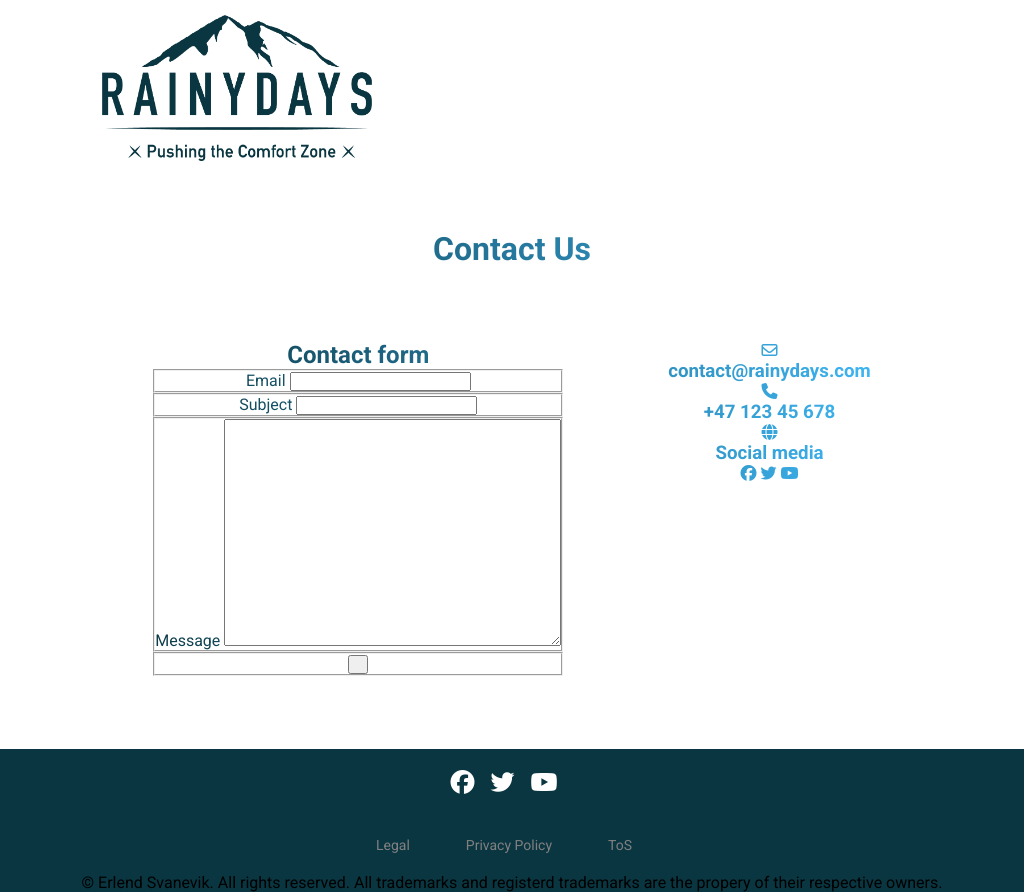
Repository: EpleWasTaken/RainyDays
Page: contact.html
These files come from the project's save history. The page is drawn as it stood at one moment and after the next save; the edit follows.
The browser window is 1024 px wide. The pictures show the whole page.
Some web libraries are served in a nearby version.

Above is the page before, as saved 2020-10-31 17:17:28.

### contact.html
<!DOCTYPE html>
<html lang="en">

<head>
  <title>Front Page</title>
  <meta charset="UTF-8">
  <meta name="viewport" content="width=device-width, initial-scale=1.0" />
  <link rel="stylesheet" href="https://fonts.googleapis.com/css2?family=Roboto:wght@400;700&display=swap" />
  <link rel="stylesheet" href="/css/styles.css" />
  <link rel="stylesheet" href="/css/footer.css" />
  <link rel="stylesheet" href="/css/contact.css" />
  <script src="https://kit.fontawesome.com/cafca22d75.js" crossorigin="anonymous"></script>
</head>

<body>
  <header>
    <div class="logo-container">
      <a href="index.html">
      <img src="./images/RainyDays_Logo.png" class="logo" alt="logo">
    </div>

    <nav>
      <ul class="nav-links">
        <li><a class="nav-link" href="index.html">Home</a></li>
        <li><a class="nav-link" href="cart.html">Cart</a></li>
        <li><a class="nav-link" href="contact.html">Contact</a></li>
        <li><a class="nav-link" href="about.html">About</a></li>
        <li><a class="nav-link" href="man.html">Man</a></li>
        <li><a class="nav-link" href="woman.html">Woman</a></li>
      </ul>
    </nav>
    <div class="search-box">
      <input class="search-txt" type="text" name="" placeholder="Type to search..." <a class="search-btn" href="#0">
      <i class="fas fa-search"></i>
      </a>
    </div>
  </header>
  <main>
    <h1>Contact Us</h1>
    <section class="contact-container">
      <section class="contact-form">
        <h2>Contact form</h2>
        <form action="submit.php" method="GET">
          <fieldset class="email">
            <label for="email">Email</label>
            <input type="email" name="email" placeholder="example@outlook.com">
          </fieldset>
          <fieldset class="subject">
            <label for="subject">Subject</label>
            <input type="subject" name="subject" placeholder="Subject">
          </fieldset>
          <fieldset class="message">
            <label for="message">Message</label>
            <textarea name="message" id="message" placeholder="Type here..." cols="40" rows="15"></textarea>
          </fieldset>
          <fieldset class="submit">
            <button class="btn-submit">TE</button>
          </fieldset>
        </form>
    </section>
    <section class="other-contacts">
      <div class="email">
        <i class="far fa-envelope"></i>
        <h3>contact@rainydays.com</h3>
      </div>
      <div class="phone">
        <i class="fas fa-phone"></i>
        <h3>+47 123 45 678</h3>
      </div>
      <div class="social-media">
        <i class="fas fa-globe"></i>
        <h3>Social media</h3>
        <div class="social-media-icons">
          <a href="#0"><i class="fab fa-facebook"></i></a>
          <a href="#0"><i class="fab fa-twitter"></i></a>
          <a href="#0"><i class="fab fa-youtube"></i></a>
        </div>
      </div>
    </section>
  </main>
  <footer class="footer">
    <div class="footer-container">
      <ul class="footer-social">
        <li>
          <a href="#0" class="facebook"><i class="fab fa-facebook"></i></a>
        </li>
        <li>
          <a href="#0" class="twitter"><i class="fab fa-twitter"></i></a>
        </li>
        <li>
          <a href="#0" class="youtube"><i class="fab fa-youtube"></i></a>
        </li>
      </ul>
    </div>
    <div class="footer-container">
      <div class="footer-legal">
        <a href="#0">Legal</a>
        <a href="#0">Privacy Policy</a>
        <a href="#0">ToS</a>
      </div>
      <div class="footer-copyright">
        &copy; Erlend Svanevik. All rights reserved. All trademarks and registerd trademarks are the propery of
        their respective owners.
      </div>
  </footer>
</body>

</html>

### css/styles.css
* {
	margin: 0;
	padding: 0;
	box-sizing: border-box;
}

body {
	font-family: "Roboto", sans-serif;
}

button {
	font-family: "Roboto", sans-serif;
}

header {
	display: flex;
	width: 80%;
	height: 25vh;
	margin: auto;
	align-items: center;
}

.logo-container,
.nav-links,
.search {
	display: flex;
}

.logo-container {
	flex: 1;
}

.logo {
	width: 300px;
}

nav {
	display: flex;
	flex: 4;
	justify-content: center;
	align-items: center;
	margin: auto;
}

.nav-links {
	justify-content: space-between;
	list-style: none;
	height: 30px;
	align-items: center;
	width: 600px;
}

.nav-link {
	display: flex;
	color: #40baf9;
	font-size: 20px;
	text-decoration: none;
}

.search {
	flex: 1;
	justify-content: flex-end;
}

.presentation {
	display: flex;
	width: 80%;
	margin: auto;
	min-height: 80vh;
	align-items: center;
}

.introduction {
	flex: 1;
}

.slogan-text {
	font-size: 30px;
	font-weight: 500;
	background: linear-gradient(to right, #0a3641, #40baf9);
	-webkit-background-clip: text;
	-webkit-text-fill-color: transparent;
}

.slogan-text p {
	margin: 5px;
	font-size: 22px;
	color: grey;
}

.cta {
	padding: 50px 50px 0px 0px;
}

.cta-col {
	border: 2px solid #0a3641;
	background: transparent;
	color: #0a3641;
	width: 150px;
	height: 50px;
	cursor: pointer;
	font-size: 20px;
}

.cta-view {
	background: #0a3641;
	width: 150px;
	height: 50px;
	cursor: pointer;
	font-size: 20px;
	border: none;
	color: white;
	margin: 30px 0px 0px 30px;
}

.cover {
	flex: 1;
}

.cover img {
	height: 60vh;
}

/* SEARCHBAR */

.search-box {
	position: absolute;
	top: 18%;
	left: 60%;
	transform: translate(-50%, -50%);
	background: #40baf9;
	height: 36px;
	border-radius: 40px;
	padding: 10px;
	display: flex;
	justify-content: center;
	align-items: center;
}

.search-txt {
	border: none;
	background: none;
	outline: none;
	float: left;
	padding: 0;
	color: black;
	font-size: 16px;
	transition: 0.4s;
	line-height: 40px;
	width: 0px;
}

.search-box:hover > .search-txt {
	width: 240px;
	padding: 0 6px;
}

::placeholder {
	color: black;
}

.search-btn {
	color: #0a3641;
	float: right;
	width: 40px;
	height: 40px;
	border-radius: 50%;
}

.search-btn i {
	cursor: pointer;
}

@media screen and (max-width: 1024px) {
	.presentation {
		flex-direction: column;
	}

	.introduction {
		margin-top: 5vh;
		text-align: center;
	}

	.slogan-text h1 {
		font-size: 30px;
	}

	.slogan-text p {
		font-size: 18px;
	}

	.cta {
		padding: 10px 0px 20px 0px;
	}

	.logo {
		width: 270px;
	}

	.search-box {
		top: 18%;
		left: 70%;
		transform: none;
		width: 240px;
	}

	.nav-links {
		width: 400px;
	}

	nav {
		display: none;
	}

	.search-box {
		display: none;
	}
}

### css/footer.css
/* FOOTER */

footer {
	display: flex;
	flex-direction: column;
	justify-content: center;
	align-items: center;
	background-color: #0a3641;
	position: relative;
	bottom: 0;
	left: 0;
	right: 0;
}

.footer-social {
	display: flex;
	align-items: center;
	justify-content: center;
	list-style: none;
	padding: 20px;
	font-size: 1.5rem;
}

.footer-social li {
	margin-right: 1rem;
}

.footer-social a {
	text-decoration: none;
	color: white;
}

.footer-social li a.facebook:hover {
	color: #3b5998;
}

.footer-social li a.twitter:hover {
	color: #00acee;
}

.footer-social li a.youtube:hover {
	color: #c4302b;
}

.footer-legal {
	display: flex;
	justify-content: center;
	align-items: center;
	font-size: 2rem;
}

.footer-legal a {
	color: grey;
	text-decoration: none;
	margin-right: 1rem;
	font-size: 14px;
	padding: 20px;
}

.footer-legal a:hover {
	color: white;
}

.footer-copyright p {
	display: flex;
	text-decoration: none;
	margin-right: 1rem;
	font-size: 14px;
	padding: 20px;
}

/* MEDIA QUERIES */

@media screen and (max-with: 1024px) {
	footer .footer_container {
		flex-direction: row;
	}

	footer .footer_container.flex {
		display: unset;
	}
}

### css/contact.css
* {
	margin: 0;
	padding: 0;
	box-sizing: inherit;
}

html {
	font-family: "Roboto", sans-serif;
	box-sizing: border-box;
}

main {
	padding-top: 50px;
	margin-left: 5rem;
	padding-right: 5rem;
}

h1 {
	display: flex;
	align-items: center;
	justify-content: center;
	margin: auto;
	background: linear-gradient(to right, #0a3641, #40baf9);
	-webkit-background-clip: text;
	-webkit-text-fill-color: transparent;
}

.contact-container {
	display: grid;
	grid-template-columns: 1fr;
	gap: 4rem 2rem;
	margin: 5%;
	background: linear-gradient(to right, #0a3641, #40baf9);
	-webkit-background-clip: text;
	-webkit-text-fill-color: transparent;
}

section.contact-container {
	display: flex;
	justify-content: space-between;
	text-align: center;
	height: 100%;
	padding: 30px;
}

section.contact-container .email,
section.contact-container .subject {
	font-size: 1rem;
}

section.contact-form {
	display: flex;
	flex-direction: column;
	align-items: center;
}

section .subject {
}

fieldset.message label {
}

fieldset {
	width: 100%;
}

fieldset.btn-submit {
	width: 100%;
}

@media screen and (max-width: 1024px) {
	.contact-container {
		grid-template-columns: 2fr 3fr;
	}
}

After the next save:
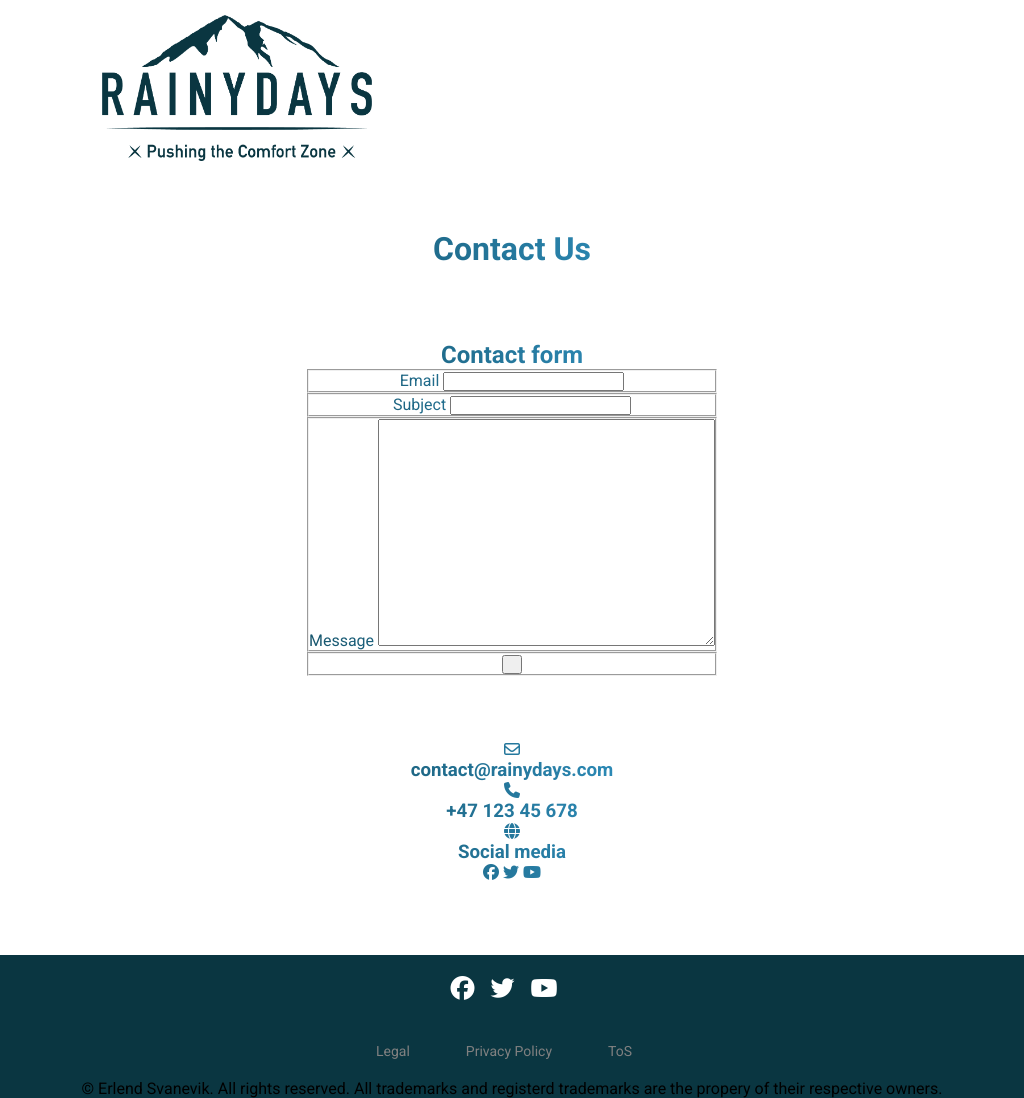
Saved 52 s later.
--- a/css/contact.css
+++ b/css/contact.css
@@ -72,4 +72,9 @@ fieldset.btn-submit {
 	.contact-container {
 		grid-template-columns: 2fr 3fr;
 	}
+
+	section.contact-container {
+		display: flex;
+		flex-direction: column;
+	}
 }
